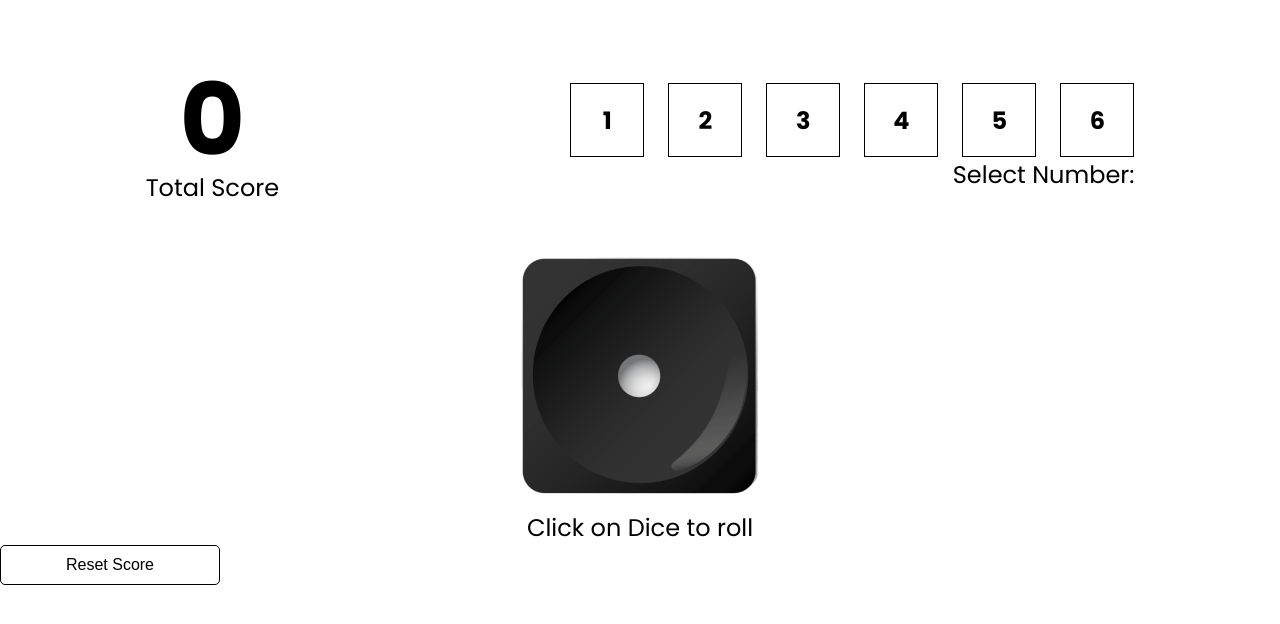
Repository: Wahid137/react-project-three
Page: /, after clicking the first element matching `button.sc-bRKDuR`
An editor plug-in stored every save of this project. The page is shown before and after the next save, followed by the edit.
The browser window is 1280 px wide. The pictures show the whole page.
The project was rebuilt for these pictures with package versions that can differ from the ones it lists, and the page was loaded fresh each time. Also part of the build but not shown: vite.config.js.

Above is the page before, as saved 2023-08-26 23:00:40.

After the next save:
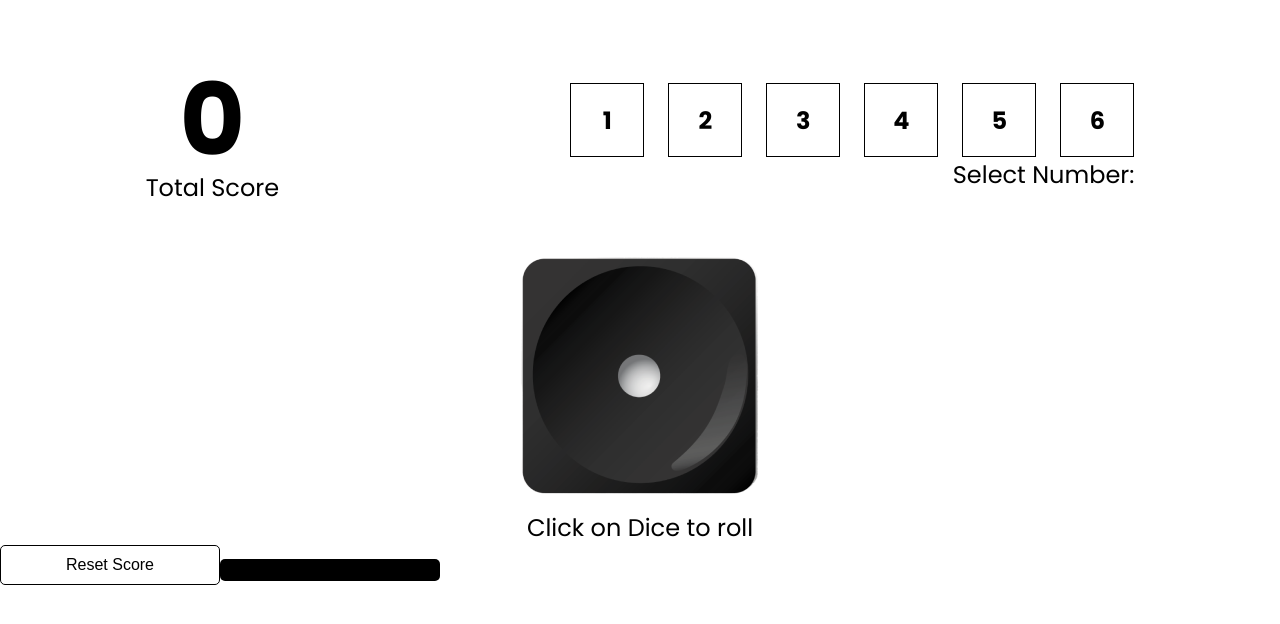
Saved 89 s later.
--- a/src/components/GamePlay.jsx
+++ b/src/components/GamePlay.jsx
@@ -3,13 +3,14 @@
 import NumberSelector from "./NumberSelector";
 import { useState } from "react";
 import RoleDice from "./RoleDice";
-import { OutlineButton } from "../styled/Button";
+import { Button, OutlineButton } from "../styled/Button";
 
 const GamePlay = () => {
   const [score, setScore] = useState(0);
   const [error, setError] = useState(false);
   const [currentDice, setCurrentDice] = useState(1);
   const [selectedNumber, setSelectedNumber] = useState();
+  const [showRules, setShowRules] = useState();
 
   const generateRandomUser = () => {
     return Math.floor(Math.random() * 6 + 1);
@@ -47,6 +48,7 @@
       <RoleDice currentDice={currentDice} roleDice={roleDice} />
       <div>
         <OutlineButton onClick={resetScore}>Reset Score</OutlineButton>
+        <Button>{}</Button>
       </div>
     </MainContainer>
   );
